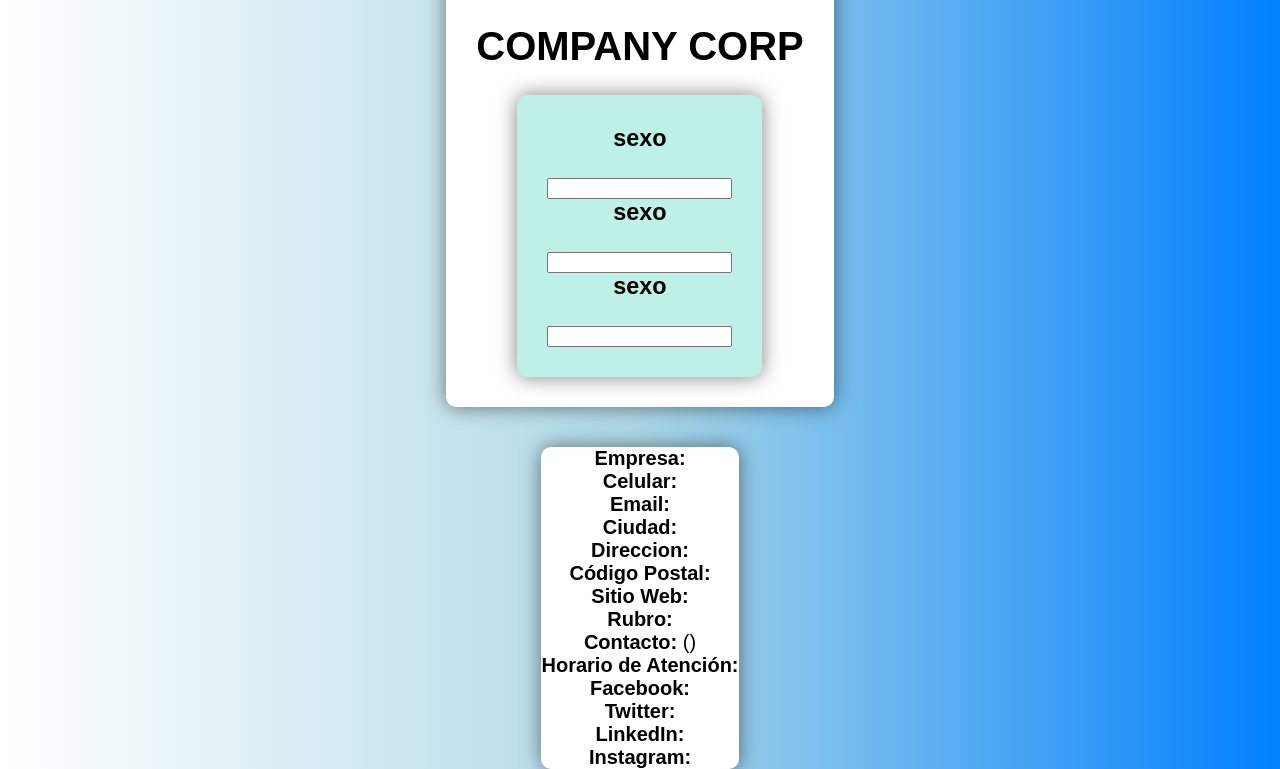
Repository: ANGELEDU141/TAREAWEBEWJASJDASJ
Page: http://localhost/JAVAWEBTAREA/WEB-INF/views/contenido.jsp
The author's editor kept a copy of each file at every save. The page is drawn from the files as they stood at one save, then again after the next save.
The browser window is 1280 px wide. The pictures show the whole page.
The page is served by Tomcat 9. Nobody is signed in. The template is opened directly, without the code that normally fills it, so the values that code supplies are empty.

Above is the page before, as saved 2024-09-01 10:02:29.

After the next save:
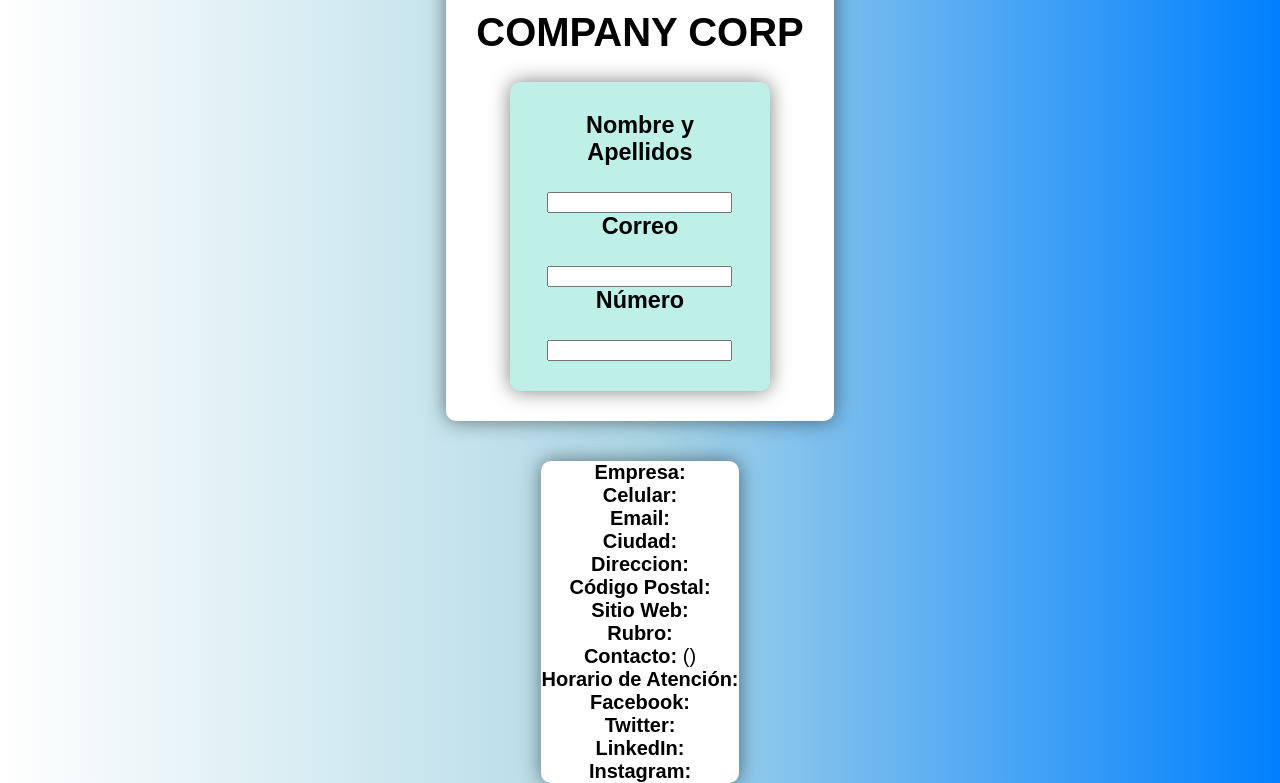
Saved 32 s later.
--- a/JAVAWEBTAREA/src/main/webapp/WEB-INF/views/contenido.jsp
+++ b/JAVAWEBTAREA/src/main/webapp/WEB-INF/views/contenido.jsp
@@ -82,11 +82,11 @@
 
         <div class="quest">
 
-        <h3>sexo</h3><br>
+        <h3>Nombre y Apellidos</h3><br>
         <input>
-        <h3>sexo</h3><br>
+        <h3>Correo</h3><br>
         <input>
-        <h3>sexo</h3><br>
+        <h3>Número</h3><br>
          <input>
 
 
